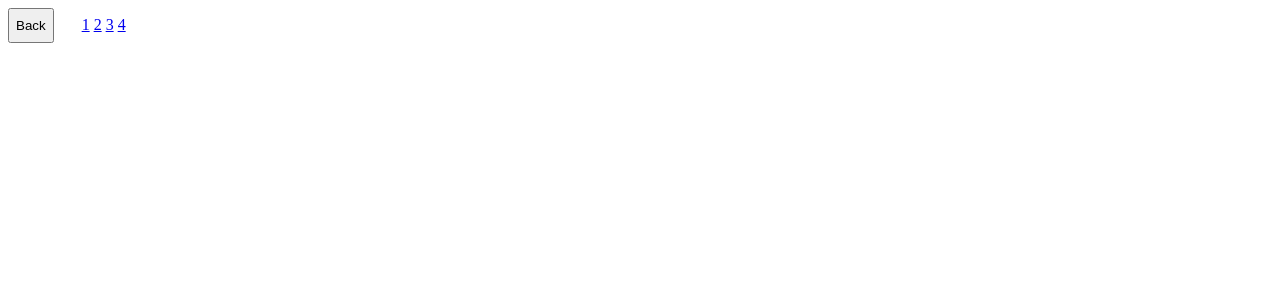
Repository: Kurumilli/Youtube
Page: Exercise4.html
The author's editor kept a copy of each file at every save. The page is drawn from the files as they stood at one save, then again after the next save.
The browser window is 1280 px wide. The pictures show the whole page.

Above is the page before, as saved 2025-01-29 19:45:51.

After the next save:
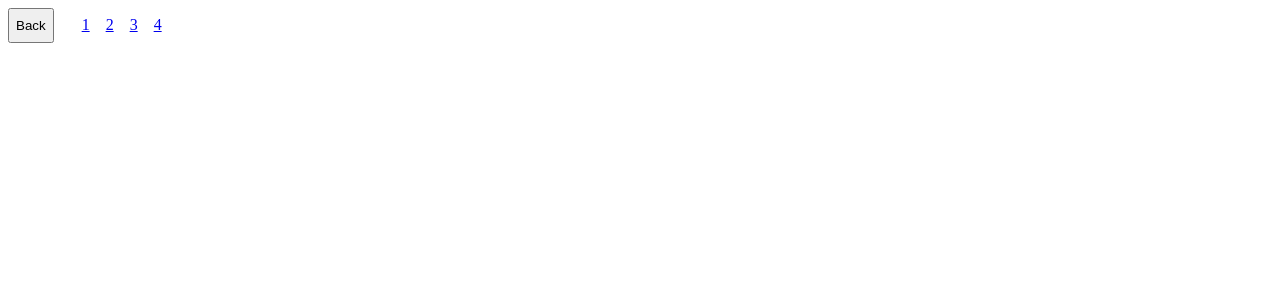
Saved 31 s later.
--- a/Exercise4.html
+++ b/Exercise4.html
@@ -22,9 +22,9 @@
 
         <button class="back-button">Back</button>
         <a href="https://www.google.com/" class="a">1</a>
-        <a href="https://www.google.com/">2</a>
-        <a href="https://www.google.com/">3</a>
-        <a href="https://www.google.com/">4</a>
+        <a href="https://www.google.com/" class="a">2</a>
+        <a href="https://www.google.com/" class="a">3</a>
+        <a href="https://www.google.com/" class="a">4</a>
 
     </body>
 </html>
